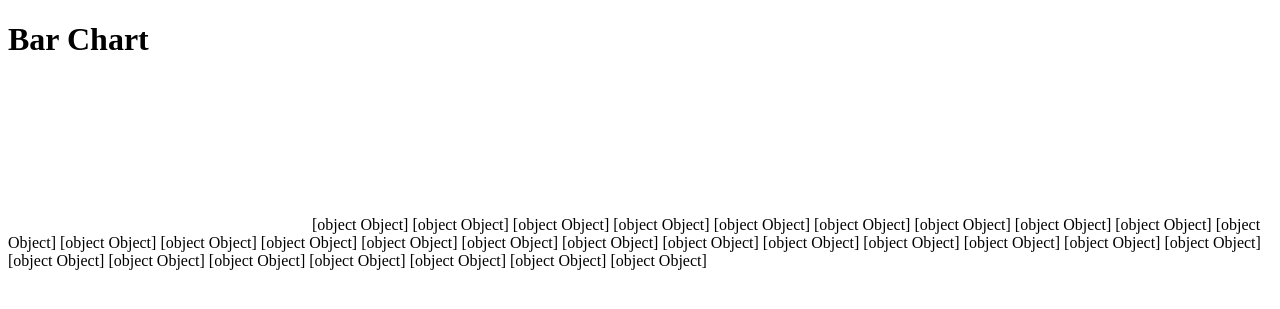
Repository: komalharjani/d3js-visualisation
Page: index.html
The author's editor kept a copy of each file at every save. The page is drawn from the files as they stood at one save, then again after the next save.
The browser window is 1280 px wide. The pictures show the whole page.

Above is the page before, as saved 2020-04-29 13:35:33.

### index.html
<!DOCTYPE html>
<html lang="en">
<head>
    <meta charset="UTF-8">
    <meta name="viewport" content="width=device-width, initial-scale=1.0">
    <title>Information Visualisation Practical 3</title>
</head>
<body>

    <div id="my_dataviz"></div>
    <h1>Bar Chart</h1>
    <svg class="bar-chart"></svg>
</body>
<script src="https://d3js.org/d3.v5.min.js"></script>
<script src="index.js"></script>
</html>

### index.js

let dataPath = "data/energy.csv";
d3.csv(dataPath)
        .then(function (data) {

                /**
                 * Boundaries
                 */
                let dateBoundaries = d3.extent(data, function (d) {
                        return parseFloat(d.year);
                });

                let energyBoundaries = d3.extent(data, function (d) {
                        return parseFloat(d.amount);
                });

                //Averages (rollup example)
                var energyAvgType = d3.nest()
                        .key(function (d) {
                                return d.type;
                        })
                        .rollup(function (v) {
                                return d3.mean(v, function (d) {
                                        return d.amount;
                                });
                        })
                        .entries(data);

                /**
                 * Combined USTOTAL Energy Use split by year, type and energy source
                 */
                let usTotal = d3.nest()
                        .key(function (d) {
                                if (d.region == "Combined") { return d.year }
                        })
                        .key(function (d) {
                                return d.type;
                        })
                        .key(function (d) {
                                return d.energySrc;
                        })
                        .entries(data);
                usTotal.shift();
                console.log(usTotal);
                console.log(usTotal[0]);

                var body = d3.select("body")
                .selectAll("span")
                .data(usTotal)
                .enter()
                .append("span")
                .text(function(d) { return d + " "; });

                //INSERT BAR CHART HERE

        });

After the next save:
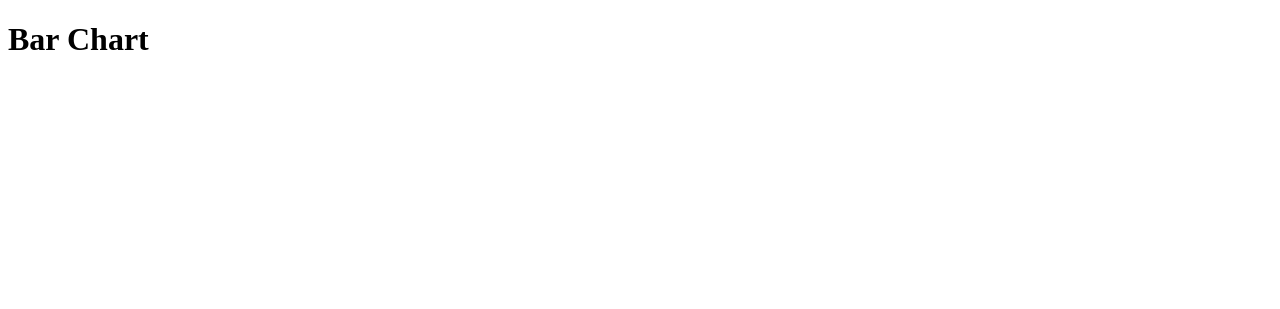
Console error: SyntaxError: Unexpected token ')'
Saved 21 s later.
--- a/index.js
+++ b/index.js
@@ -49,7 +49,8 @@
                 .data(usTotal)
                 .enter()
                 .append("span")
-                .text(function(d) { return d + " "; });
+                .text(function(d) {
+                        return d);
 
                 //INSERT BAR CHART HERE
 

After the save that followed:
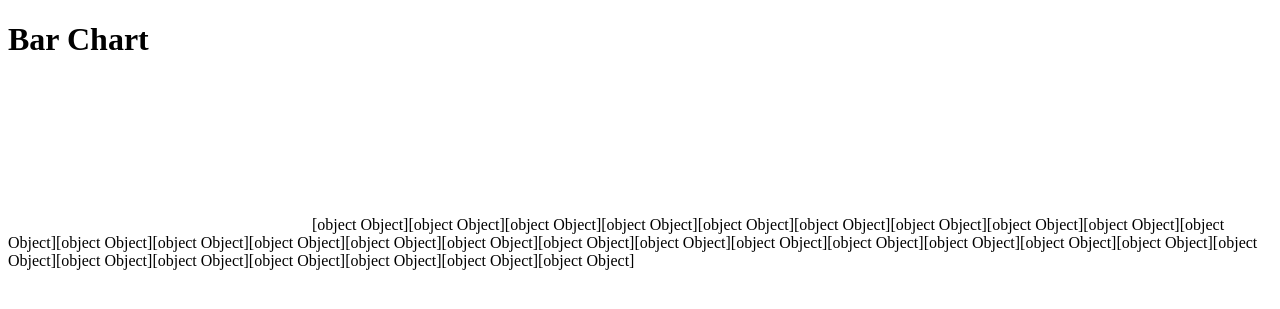
The error is gone.
Saved 5 s later.
--- a/index.js
+++ b/index.js
@@ -50,7 +50,7 @@
                 .enter()
                 .append("span")
                 .text(function(d) {
-                        return d);
+                        return d});
 
                 //INSERT BAR CHART HERE
 
